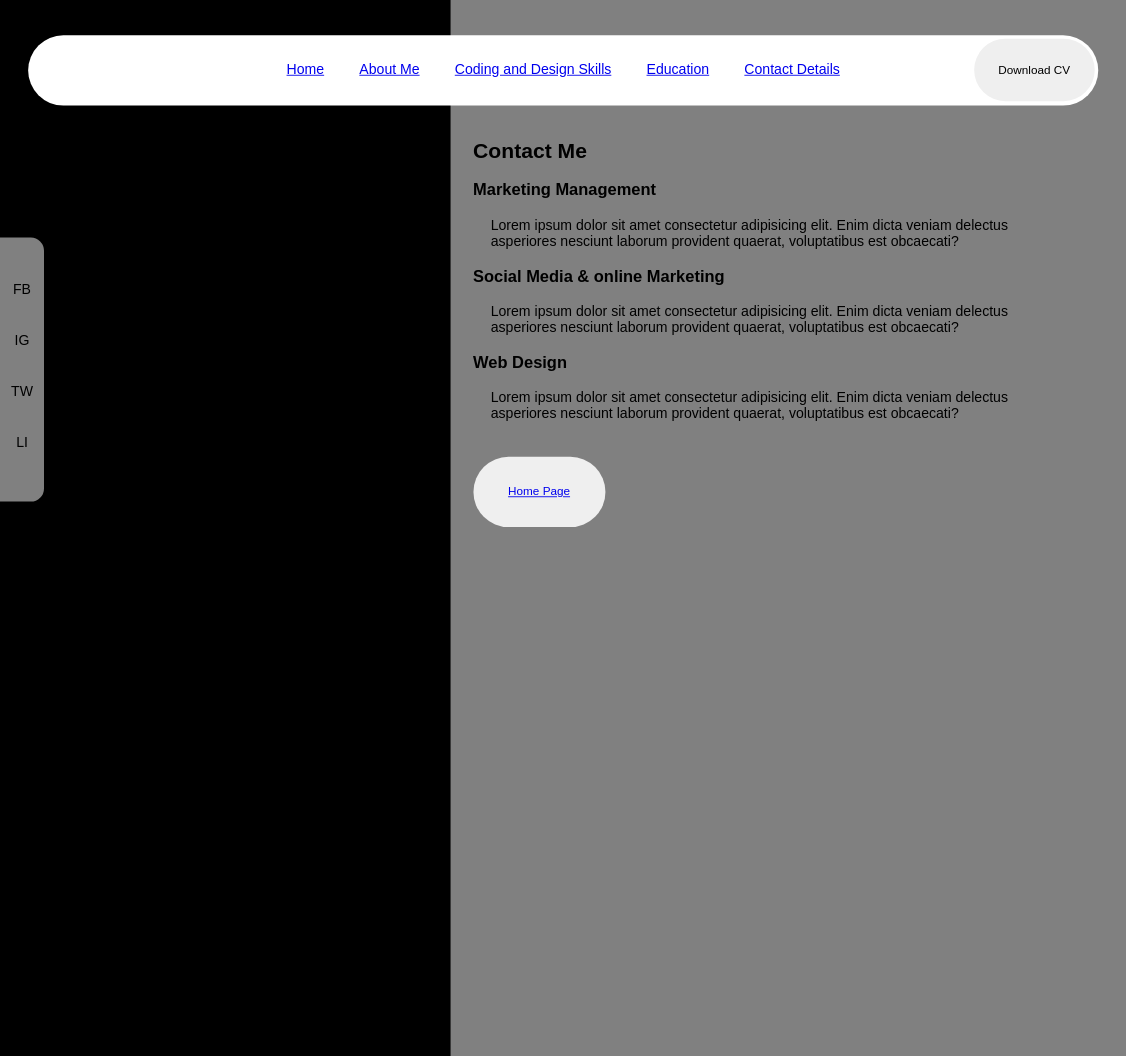
Repository: WesleyErasmus/MyDigitalResume-4
Page: contact.html
These files come from the project's save history. The page is drawn as it stood at one moment and after the next save; the edit follows.
The browser window is 1280 px wide. The pictures show the whole page, at 88% of full size.

Above is the page before, as saved 2022-02-19 22:08:45.

### contact.html
<!DOCTYPE html>
<html lang="en">
<head>
    <meta charset="UTF-8">
    <meta http-equiv="X-UA-Compatible" content="IE=edge">
    <meta name="viewport" content="width=device-width, initial-scale=1.0">
    <title>Wesley Erasmus Digital Resume 4 Project</title>
    <link rel="stylesheet" href="contact.css">
</head>
<body>
    <body>
        <!-- Landing page -->
        <header class="nav-menu-top">
            <ul class="top-nav-menu-buttons">
                <li><a href="/index.html" target="">Home</a></li>
                <li><a href="/about.html" target="">About Me</a></li>
                <li><a href="/codingSkills.html" target="">Coding and Design Skills</a></li>
                <li><a href="/education.html" target="">Education</a></li>
                <li><a href="/contact.html" target="">Contact Details</a></li>
            </ul>
            <button id="download-cv">Download CV</button>
            <!-- Name / download CV / etc -->
        </header>

        <aside class="self-portrait">
            <!-- creative image of myself -->
            <p>aside with large portrait image of myself</p>
        </aside>
        <nav class="social-media-links">
            <ul class="social-media-links">
                <li>FB</li>
                <li>IG</li>
                <li>TW</li>
                <li>LI</li>
            </ul>
            <!-- side social media icons (float left / column direction) -->
        </nav>

            <!-- main bio; FED student / link to 2nd html page with CV content -->
         <article>
             <h1 ID="title">Contact Me</h1>
            <div class="education">
                <h3>Marketing Management</h3>
                    <p>Lorem ipsum dolor sit amet consectetur adipisicing elit. Enim dicta veniam delectus asperiores nesciunt laborum provident quaerat, voluptatibus est obcaecati?</p>
                <h3>Social Media & online Marketing</h3>
                    <p>Lorem ipsum dolor sit amet consectetur adipisicing elit. Enim dicta veniam delectus asperiores nesciunt laborum provident quaerat, voluptatibus est obcaecati?</p>
                <h3>Web Design</h3>
                    <p>Lorem ipsum dolor sit amet consectetur adipisicing elit. Enim dicta veniam delectus asperiores nesciunt laborum provident quaerat, voluptatibus est obcaecati?</p>
            </div>
            <button class="next-page">
                <a href="/index.html" target="">Home Page</a>
            </button>
        </article>


    </body>
</body>
</html>

### contact.css
* {
    font-family: Arial, Helvetica, sans-serif;
    margin: 0;
    padding: 0;
}
body {
    background-color: grey;
    overflow:hidden;
}
header.nav-menu-top {
    position: relative;
    /* Positions explained in below link: https://developer.mozilla.org/en-US/docs/Web/CSS/position */
    text-align: center;
    margin: 0 auto;
    /* Margin: 0 auto can be used to center an object horizontally  */
    width: 95%;
    height: 80px;
    border-radius: 50px;
    margin-top: 40px;
    background-color: #fff;
}
ul.top-nav-menu-buttons{
    display: flex;
    justify-content: center;
    padding: 30px;
}
.top-nav-menu-buttons li {
    margin: 0 20px 0 20px;
    list-style-type: none;
    text-align: center;
}
button#download-cv {
    position: relative;
    float: right;
    top: -74px;
    right: 4px;
    padding: 28px;
    border-radius: 50px;
    border: NONE;
}
aside.self-portrait {
    z-index: -1;
    /* z-index explained in below link:
     https://developer.mozilla.org/en-US/docs/Web/CSS/z-index */
    background-color: black;
    position: absolute;
    top: 0;
    left: 0;
    height: 1200px;
    width: 40%;
}
nav.social-media-links {
    position: relative;
    height: 300px;
    width: 50px;
    float: left;
    top: 150px;
    left: 0px;
    background-color: grey;
    border-radius: 0 15px 15px 0;
}
ul.social-media-links{
    padding: 50px 5px 5px 5px;
    text-align: center;
    display: flex;
    flex-direction: column;

}
.social-media-links li{
    margin-bottom: 40px;
}

article {
    width: 50%;
    left: 41%;
    position: absolute;
    height: 500px;
    top: 20vh;
    padding: 1%;
}
h1#title {
    margin-bottom: 20px;
}
.education h3 {
    margin: 20px 0 20px 0;
}
.education p {
    margin: 0 0 0 20px;
}
button.next-page {
    margin-top: 40px;
    width: 150px ;
    height: 80px ;
    border-radius: 50px;
    border: none;
}

After the next save:
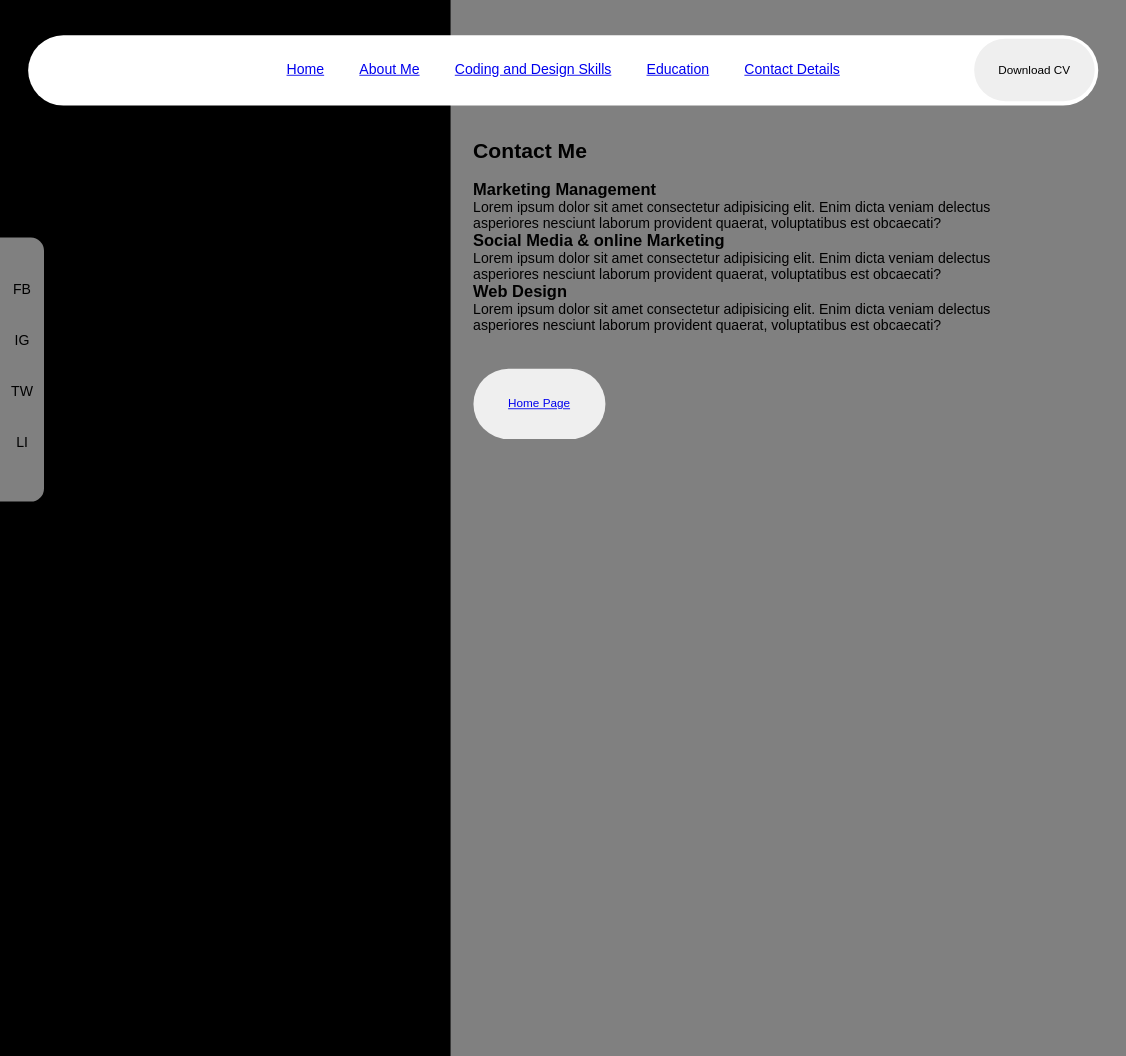
Saved 30 s later.
--- a/contact.css
+++ b/contact.css
@@ -81,10 +81,10 @@ article {
 h1#title {
     margin-bottom: 20px;
 }
-.education h3 {
+.contact-details h3 {
     margin: 20px 0 20px 0;
 }
-.education p {
+.contact-details p {
     margin: 0 0 0 20px;
 }
 button.next-page {

After the save that followed:
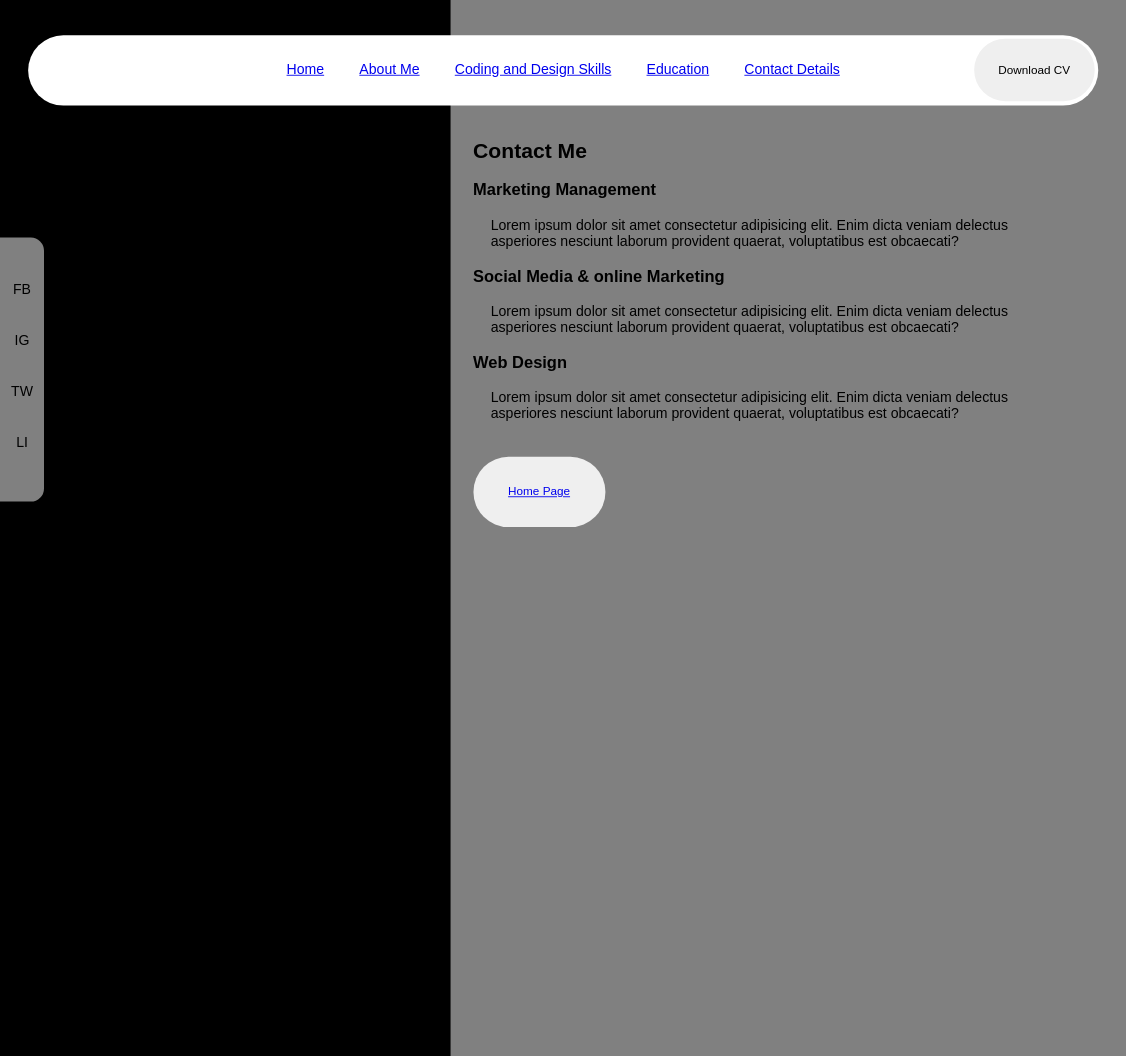
Saved 1 s later.
--- a/contact.html
+++ b/contact.html
@@ -39,7 +39,7 @@
             <!-- main bio; FED student / link to 2nd html page with CV content -->
          <article>
              <h1 ID="title">Contact Me</h1>
-            <div class="education">
+            <div class="contact-details">
                 <h3>Marketing Management</h3>
                     <p>Lorem ipsum dolor sit amet consectetur adipisicing elit. Enim dicta veniam delectus asperiores nesciunt laborum provident quaerat, voluptatibus est obcaecati?</p>
                 <h3>Social Media & online Marketing</h3>
